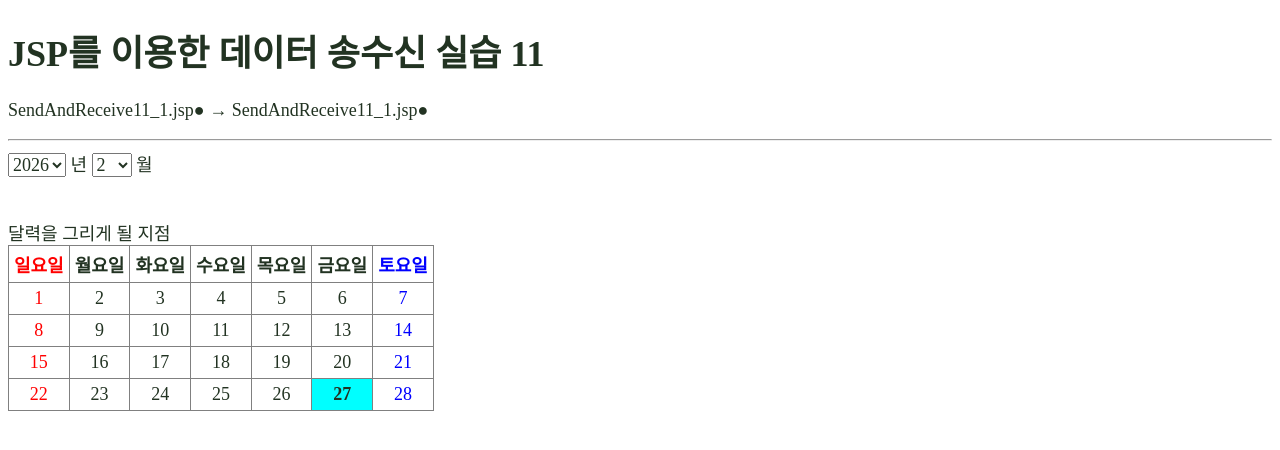
Repository: god5228god/Jsp
Page: http://localhost/WebApp06/SendAndReceive11_1.jsp
The author's editor kept a copy of each file at every save. The page is drawn from the files as they stood at one save, then again after the next save.
The browser window is 1280 px wide. The pictures show the whole page.
The page is served by Tomcat 9.

Above is the page before, as saved 2026-03-04 06:03:00.

### WebApp06/WebContent/SendAndReceive11_1.jsp
<%@ page import="java.util.Calendar" %>
<%@ page contentType="text/html; charset=UTF-8"%>
<%
	// 이전 페이지(SendAndReceive11_1.jsp)로부터 넘어온 데이터 수신
	//-- year, month

	String sYear = request.getParameter("year");
	String sMonth = request.getParameter("month");

	// Calendar 객체 생성
	//java.util.Calendar cal = java.util.Calendar.getInstance();
	Calendar cal = Calendar.getInstance();

	// 현재의 연, 월. 일 확인
	int nowYear = cal.get(Calendar.YEAR);			//-- 2026
	int nowMonth = cal.get(Calendar.MONTH) + 1 ; 	//-- 3
	int nowDay = cal.get(Calendar.DAY_OF_MONTH);	//-- 4

	// 표시할 달력의 연, 월 구성
	// → 페이지 최초 요청을 감안한 코드 처리
	int selectYear = nowYear;
	int selectMonth = nowMonth;

	// 페이지에 대한 요청이 최초 요청이 아닐 경우
	// → 선택한 값(이전 페이지로부터 수신한 값)을 활용한 달력의 연, 월 구성
	if(sYear != null || sMonth !=  null)
	{
		selectYear = Integer.parseInt(sYear);
		selectMonth = Integer.parseInt(sMonth);
	}

	// 테스트
	// out.print("<h1>selectYear: "+ selectYear + "</h1>");
	// out.print("<h1>selectMonth: "+ selectMonth + "</h1>");

	// 확인한 날짜로 연도 select option 구성
	//------------------------------------------------
 	// <option value="2016">2016</option>
	// <option value="2017">2017</option>
	// <option value="2018">2018</option>
	//
	// <option value="2026" selected="selected">2026</option>
	// 				:
	// <option value="2034">2034</option>
	// <option value="2035">2035</option>
	// <option value="2036">2036</option>
	//------------------------------------------------

	String yOption = "";
	for (int year=(selectYear-10); year<=(selectYear+10); year++)	// 2016 ~ 2036
	{
		// 관찰 ⓐ
		// yOption += "<option value='" +year +"'>"+year+"</option>";

		// 관찰 ⓑ
/* 		if(year==nowYear){
			yOption += "<option value='" +year +"' selected='selected'>"+year+"</option>";
		}else{
			yOption += "<option value='" +year +"'>"+year+"</option>";
		} */

		// 상황 1: 페이지 최초 요청일 때 → sYear는 null
		//		   현재의 연도와 옵션 값이 같을 때
		// ==> selected(○)

		// 상황 2: 페이지 최초 요청이 아닐 때 → sYear는 null이 아님
		//		   선택된 연도와 옵션 값이 같을 때
		// ==> selected(○)

		// 상황 3: 나머지
		// ==> selected(×)

		if(sYear==null && year==nowYear)
			yOption += "<option value='" +year +"' selected='selected'>"+year+"</option>";
		else if(sYear!=null && year==Integer.parseInt(sYear))
			yOption += "<option value='" +year +"' selected='selected'>"+year+"</option>";
		else
			yOption += "<option value='" +year +"'>"+year+"</option>";
	}
	// 확인한 날짜로 월 select option 구성
	//------------------------------------------------
 	// <option value="1">1</option>
	// <option value="2">2</option>
	// <option value="3" selected="selected">3</option>
	// 				:
	// <option value="10">10</option>
	// <option value="11">11</option>
	// <option value="12">12</option>
	//------------------------------------------------

	String mOption = "";
	for(int month = 1; month<=12; month++)
	{
		// 상황 1: 페이지 최초 요청일 때 → sMonth는 null
				//		   현재의 월과 옵션 값이 같을 때
				// ==> selected(○)

				// 상황 2: 페이지 최초 요청이 아닐 때 → sMonth는 null이 아님
				//		   선택된 월과 옵션 값이 같을 때
				// ==> selected(○)

				// 상황 3: 나머지
				// ==> selected(×)
		if(sMonth==null && month==nowMonth)
			mOption += "<option value='" +month +"' selected='selected'>"+month+"</option>";
		else if(sMonth!=null && month==Integer.parseInt(sMonth))
			mOption += "<option value='" +month +"' selected='selected'>"+month+"</option>";
		else
			mOption += "<option value='" +month +"'>"+month+"</option>";
	}

	// 그려야 할 달력의 1일이 무슨 요일인지 확인 필요
	// (만년 달력 구조)

	int[] months = {31, 28, 31, 30, 31, 30, 31, 31, 30, 31, 30, 31};	//-- 각 월의 최대 날짜
	if(selectYear%4==0 && selectYear%100!=0 || selectYear%400==0)	//-- 윤년
		months[1] = 29;

	// 총 날 수 누적 변수
	int nalsu;

	// 요일 항목 타이블 배열 구성
	String[] weekNames = {"일요일", "월요일", "화요일", "수요일", "목요일", "금요일", "토요일"};

	// 입력받은 연도 이전 년도까지의 날 수 계산
	nalsu = (selectYear-1)*365 + (selectYear-1)/4 - (selectYear-1)/100 + (selectYear-1)/400;

	// 위 계산 항목에 입력받은 월의 이전 월까지의 날 수 추가
	for(int i=0; i<selectMonth-1; i++){
		nalsu += months[i];
	}

	nalsu++;								//-- + 1 (1일까지의 날짜 합산)

	int week = nalsu%7;						//-- 요일 변수
	int lastDay = months[selectMonth-1];	//-- 해당 월의 마지막 날짜 변수

	// 달력 그리기 ---------------------------------------------------------------------
	String calStr = "";

	calStr += "<table border='1'>";
	calStr += "<tr>";
	for(int i = 0 ; i<weekNames.length;i++)
	{
		// 확인
		//calStr += "<th>" + weekNames[i] + "</th>";

		if(i==0)															//-- 일요일
			calStr += "<th class='sun'>" + weekNames[i] + "</th>";
		else if(i==6)														//-- 토요일
			calStr += "<th class='sat'>" + weekNames[i] + "</th>";
		else
			calStr += "<th>" + weekNames[i] + "</th>";
	}

	calStr += "</tr>";

	// 빈 칸 공백 td 발생
	calStr += "<tr>";
	for(int i = 1 ; i<=week;i++)
		calStr +="<td></td>";

	// 날짜 td 발생
	for(int i = 1; i<=lastDay; i++)
	{
		week++;							//-- 날짜가 하루씩 처리될 때마다(구성이 이루어질 때 마다)
										//	 요일도 함께 1씩 증가될 수 있도록 처리 CHECK!
		// 확인
		//calStr +="<td>"+i+"</td>";

		// 오늘 날짜 확인
		// nowYear, nowMonth, nowDay
		if(selectYear==nowYear&& selectMonth==nowMonth&& i==nowDay){
			if(week%7==1){
				calStr +="<td class='nowSun'>"+i+"</td>";
			}else if(week%7==0){
				calStr +="<td class='nowSat'>"+i+"</td>";
			}else{
				calStr +="<td class='now'>"+i+"</td>";
			}
		}else{
			if(week%7==1){
				calStr +="<td class='sun'>"+i+"</td>";
			}else if(week%7==0){
				calStr +="<td class='sat'>"+i+"</td>";
			}else{
				calStr +="<td>"+i+"</td>";
			}
		}


		if(week%7==0)
			calStr += "</tr><tr>";
	}

	// 빈 칸 공백 td 발생
	for(int i=0; i<=week; i++, week++)
	{
		if(week%7==0)
			break;
		calStr += "<td></td>";
	}
	calStr += "</tr>";
	calStr += "</table>";


	//---------------------------------------------------------------------- 달력 그리기

%>
<!DOCTYPE html>
<html>
<head>
<meta charset="UTF-8">
<title>SendAndReceive11_1.jsp</title>
<link rel="stylesheet" type="text/css" href="css/main.css" />
<style type="text/css">
table{border-collapse: collapse;}
tr>*{text-align: center; padding: 5px;}
td.now{background-color: aqua; font-weight: bold;}
.sat{color: blue;}
.sun{color: red;}
td.nowSat{background-color: aqua; font-weight: bold; color: blue;}
td.nowSun{background-color: aqua; font-weight: bold; color: red;}

</style>
<script type="text/javascript">
	function formCalendar(obj)
	{
		// 유효성 검사가 필요할 경우 삽입할 수 있는 영역
		obj.submit();
		//-- obj → form 객체
	}
</script>
</head>
<body>
<div>
	<h1>JSP를 이용한 데이터 송수신 실습 11</h1>
	<p>SendAndReceive11_1.jsp● → SendAndReceive11_1.jsp●</p>
	<hr />
</div>

<!--
	○ 데이터 송수신 실습

	  - 연도와 월을 입력받아 해당 연월의 달력을 화면에 출력하는 JSP 페이지를 구성한다.

	  - 단, submit 버튼 없이 이벤트 처리를 할 수 있도록 한다.

	  - 전송한 내용을 수신하여 출력해주는 형태의 페이지로 구성한다.

	  - 연도 구성은 현재 연도를 기준으로 이전 10년, 이후 10년으로 구성한다.
	    (기본적으로 만년 달력을 구성하는데, 현재의 연, 월을 달력 객체를 활용할 수 있도록 한다.)

	  - 월 구성은 1월부터 12월까지로 한다.

	  페이지 레이아웃
	  ---------------------------------------------
	   2016			 1
	  	 :			 :
	  [2026 ▼] 년 [ 3 ▼] 월
	  	 :			 :
	   2036			12


	  ----------------------------
	  ---- 해당 년 월의 달력 -----
	  ----------------------------
	  ----------------------------

	  ---------------------------------------------

	  - 연도 select나 월 select의 내용이 변화되면
	    해당 연 월의 달력을 출력하주는 형태의 페이지로 구성한다.

	    - 사용자 최초 요청 주소
	      http://localhost:3306/WebApp06/SendAndReceive11.jsp

	   - 물리적 파일 구성
	     ·SendAndReceive11.jsp

 -->


<!--
	1. submit 액션 처리 → 스크립트 제어

	2. 수신한 데이터에 대한 처리(이전 페이지로부터 데이터 수신)
	   → 연도, 월

	3. Calendar 객체 생성
	   → 현재의 연, 월, 일 확인

	4. 표시할 달력의 연, 월 구성
	   → 페이지 최초 요청을 감안한 코드 처리 필요
	   	  (연도 select, 월 select)

	5. 페이지에 대한 요청이 최초 요청이 아닐 경우
	   → 사용자가 선택한 값을 활용한 달력의 연, 월 구성

	6. 해당 연, 월의 달력 그리기
 -->

<div>
	<!-- ※ form의 action 속성 또는 action 속성값 생략
			→ 요청 페이지/ 전송 데이터의 수신처는 자기 자신
	-->
	<form method="post">
		<select name="year" id="year" onchange="formCalendar(this.form)">

		<!-- 	<option value="9999">9999</option>
			<option value="9998">9998</option>
			<option value="9997">9997</option>
			<option value="9996">9996</option> -->
			<%= yOption %>

		</select> 년
		<select name="month" id="month" onchange="formCalendar(this.form)">
<!-- 			<option value="99">99</option>
			<option value="98">98</option>
			<option value="97">97</option>
			<option value="96">96</option> -->
			<%= mOption %>
		</select> 월
	</form>
</div>
<br><br>

<div>
	달력을 그리게 될 지점
	<%= calStr %>
</div>























</body>
</html>

### WebApp06/WebContent/css/main.css
@charset "UTF-8";

*
{
	color: #223322;
	font-family: 나눔고딕코딩;
}

body, p, div, span, input, table, th, td, select
{
	font-size: 18px;
}

.control
{
	border: 1px solid gray;
	border-radius: 3px ;
}

.table
{
	border-collapse: collapse;
	width: 100%;
}

.table th, .table td
{
	border: 1px solid gray;
	border-left: 0;
	border-right: 0;
	padding: 3px;
	line-height: 150%;
}

.table th
{
	font-weight: bold;
	background-color: #eee;
}

.btn
{
	font-weight: bold;
	font-family: 맑은 고딕;

}

.btn:hover
{
	color: #fff;
	background-color: #778877;
}
input[type="text"]:focus
{
	background-color: #dcfccf;
}

After the next save:
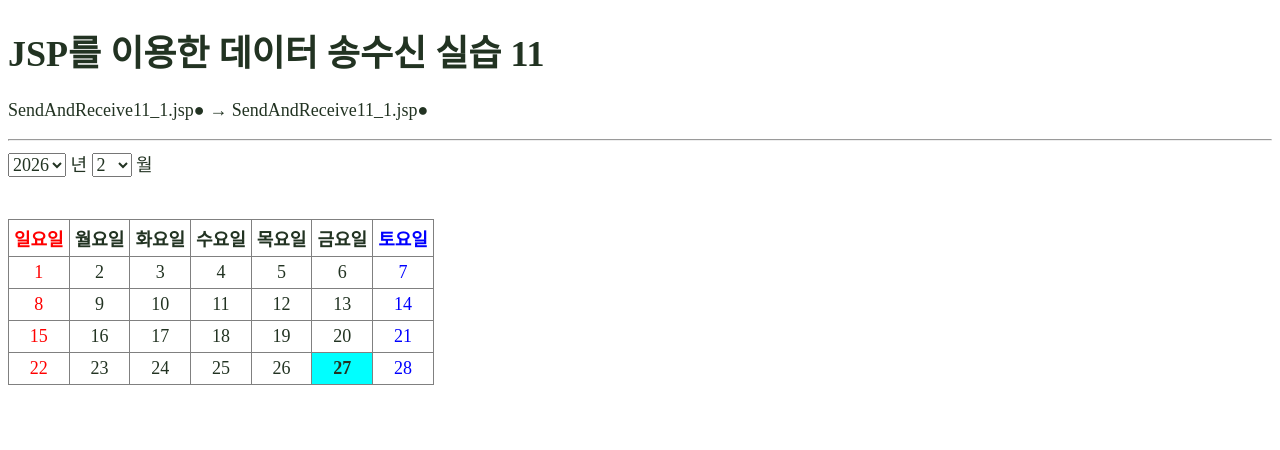
Saved 18 s later.
--- a/WebApp06/WebContent/SendAndReceive11_1.jsp
+++ b/WebApp06/WebContent/SendAndReceive11_1.jsp
@@ -326,7 +326,7 @@ td.nowSun{background-color: aqua; font-weight: bold; color: red;}
 <br><br>
 
 <div>
-	달력을 그리게 될 지점
+<!-- 	달력을 그리게 될 지점 -->
 	<%= calStr %>
 </div>
 
